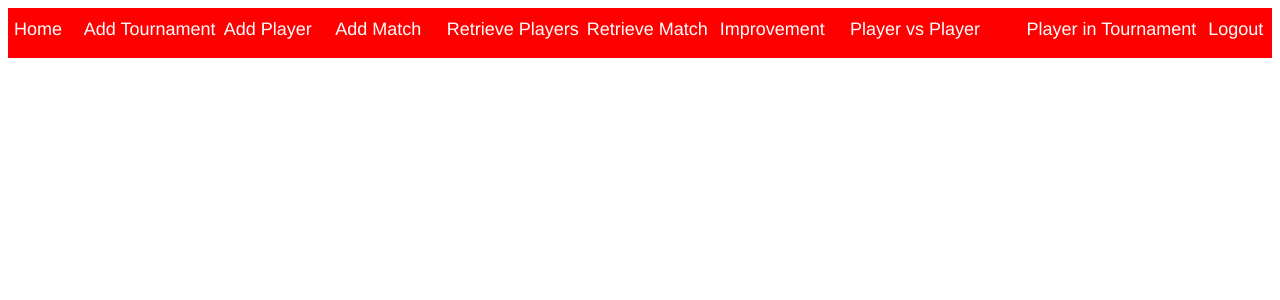
Repository: prm2711/javaapps
Page: http://localhost/Tournament/front.jsp
An editor plug-in stored every save of this project. The page is shown before and after the next save, followed by the edit.
The browser window is 1280 px wide. The pictures show the whole page.
The page is served by Tomcat 9. The session is filled in as if someone had signed in: {"name": "admin", "username": "admin"}.

Above is the page before, as saved 2018-01-29 10:02:41.

After the next save:
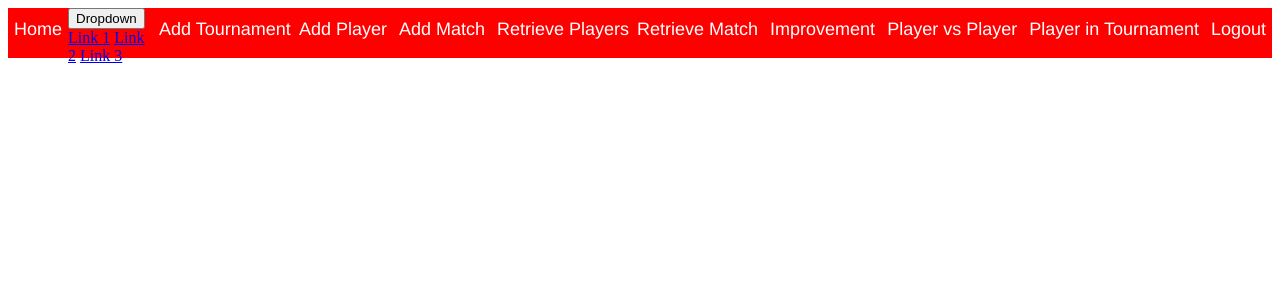
Saved 3 min 18 s later.
--- a/eclipse-workspace/Tournament/WebContent/front.jsp
+++ b/eclipse-workspace/Tournament/WebContent/front.jsp
@@ -22,6 +22,16 @@
 	%><form method="post" action="userhome.jsp" class="form-button-home">
 		<input class="button-add" type="submit" name="link" value="Home">
 	</form><%} %></li>
+
+<div class="dropdown">
+  <button class="dropbtn">Dropdown</button>
+  <div class="dropdown-content">
+    <a href="#">Link 1</a>
+    <a href="#">Link 2</a>
+    <a href="#">Link 3</a>
+  </div>
+</div>
+
   <li class="addtour"><form method="post" action="inserttour.jsp" class="form-button">
 		<input class="button-add" type="submit" name="link" value="Add Tournament">
 	</form></li>
